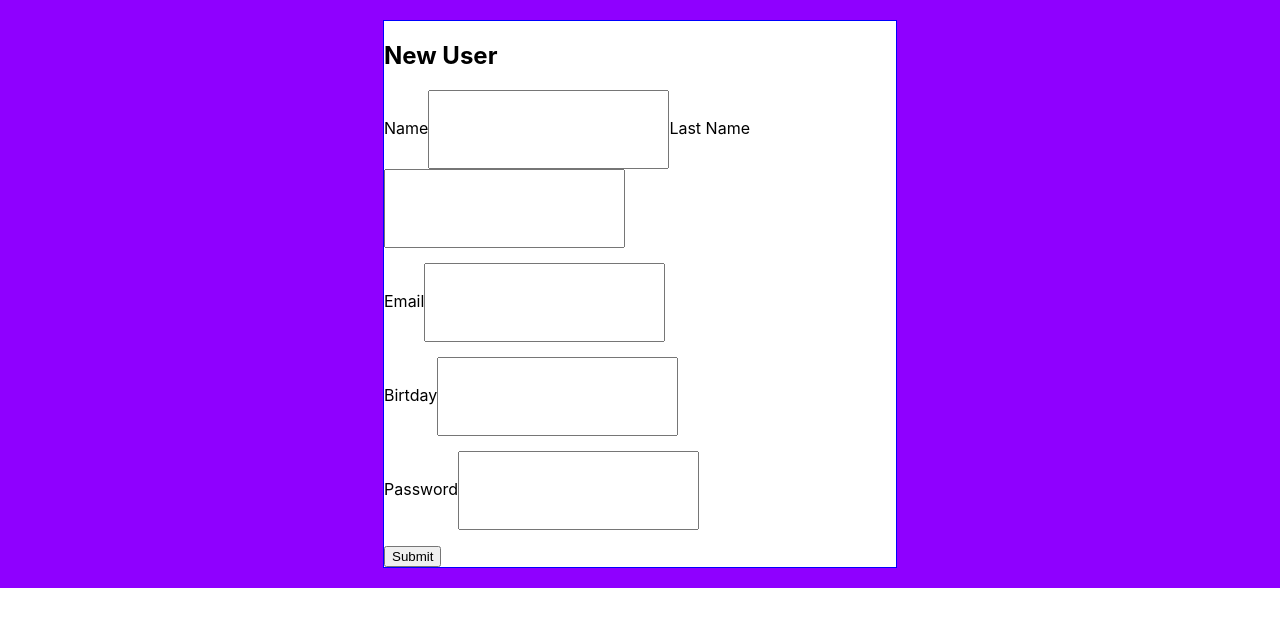
Repository: RobertAries28/CrudUsuarios
Page: /
These files come from the project's save history. The page is drawn as it stood at one moment and after the next save; the edit follows.
The browser window is 1280 px wide. The pictures show the whole page.
The page's requests for data from a server got no answer. The project was rebuilt for these pictures with package versions that can differ from the ones it lists, and the page was loaded fresh each time. No one was signed in, and anything a server would have sent is missing.

Above is the page before, as saved 2022-05-23 19:06:40.

After the next save:
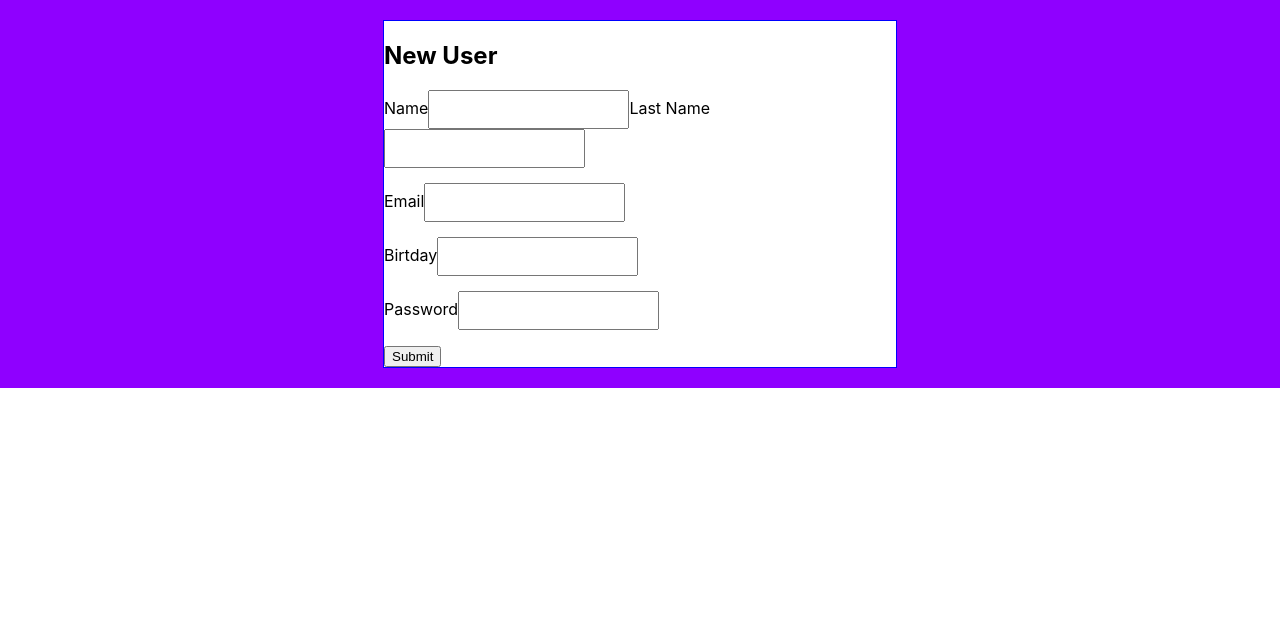
Saved 8 s later.
--- a/src/App.css
+++ b/src/App.css
@@ -37,7 +37,7 @@ ul{
 }
 
 input{
-padding: 30px;
+padding: 10px;
 }
 
 
